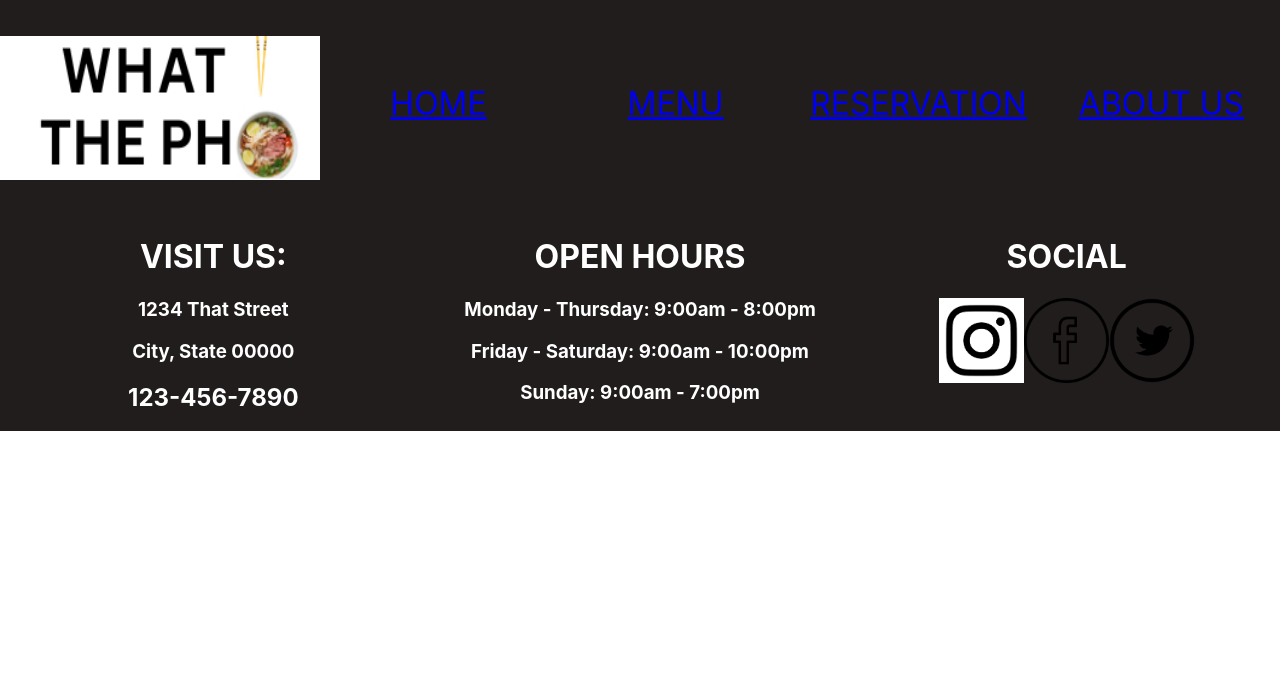
Repository: NguyenkhDang/Restaurant-Website
Page: /menu
The author's editor kept a copy of each file at every save. The page is drawn from the files as they stood at one save, then again after the next save.
The browser window is 1280 px wide. The pictures show the whole page.
The project was rebuilt for these pictures with package versions that can differ from the ones it lists, and the page was loaded fresh each time. Also part of the build but not shown: src/CSS/Readmore.css, src/Readmore.js, src/CSS/SectionContainer.css, src/SectionContainer.js, src/CSS/Home.css, src/Pages/HomePage.js, src/Pages/ReservationPage.js, src/Pages/AboutUsPage.js and 1 more.

Above is the page before, as saved 2026-01-16 21:45:43.

After the next save:
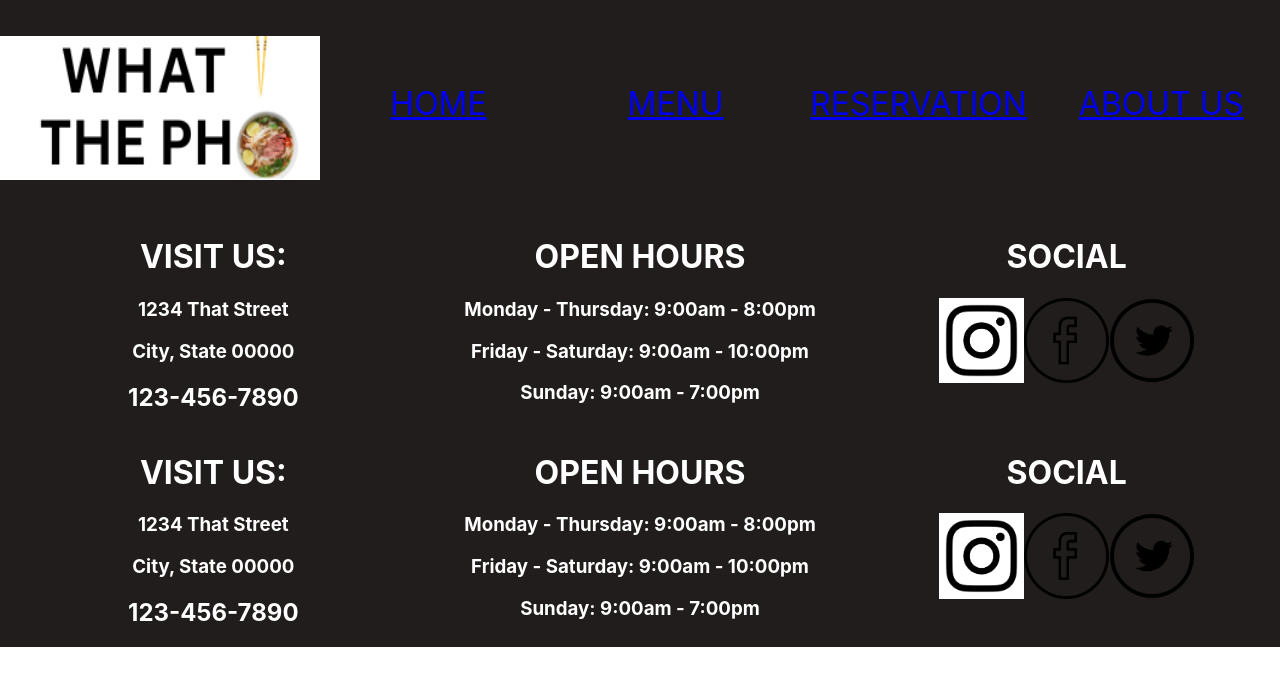
Saved 16 h 0 min later.
--- a/src/Pages/MenuPage.js
+++ b/src/Pages/MenuPage.js
@@ -1,9 +1,11 @@
-
+import Footer from "../Footer"
 const MenuPage = () =>{
 
   return (
     <>
 
+
+      <Footer />
     </>
   )
 

After the save that followed:
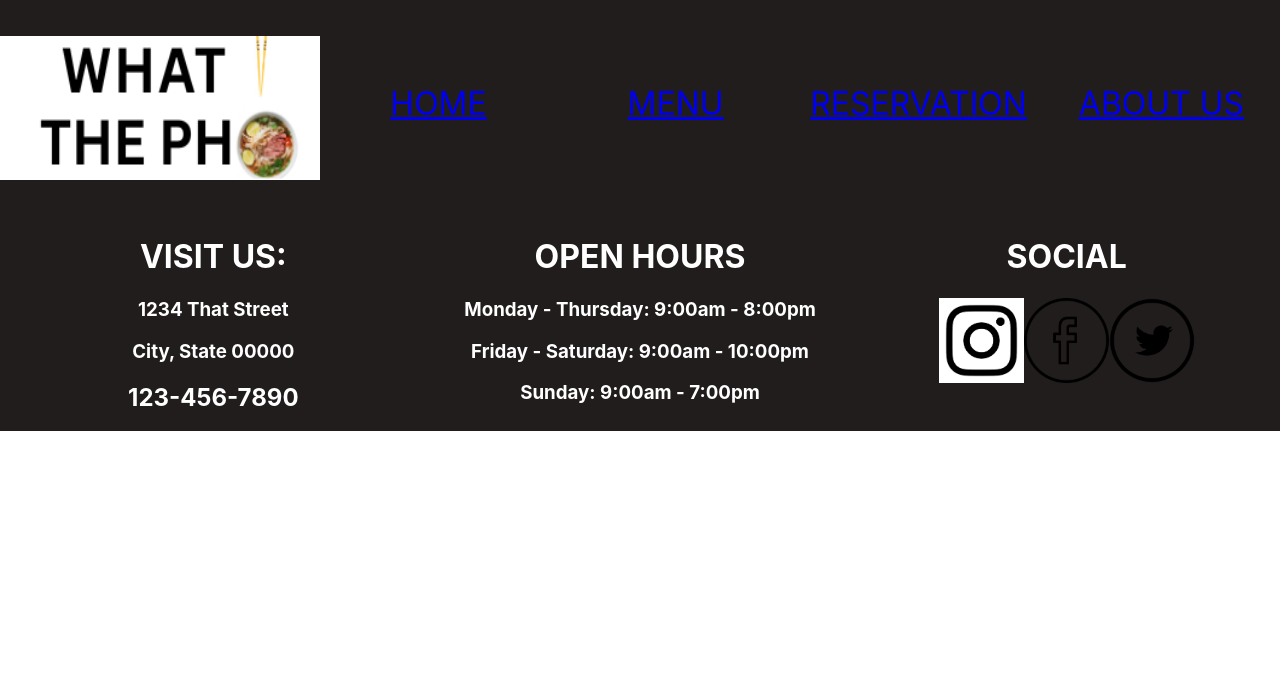
Saved 11 s later.
--- a/src/Pages/MenuPage.js
+++ b/src/Pages/MenuPage.js
@@ -1,11 +1,9 @@
-import Footer from "../Footer"
+
 const MenuPage = () =>{
 
   return (
     <>
 
-
-      <Footer />
     </>
   )
 
